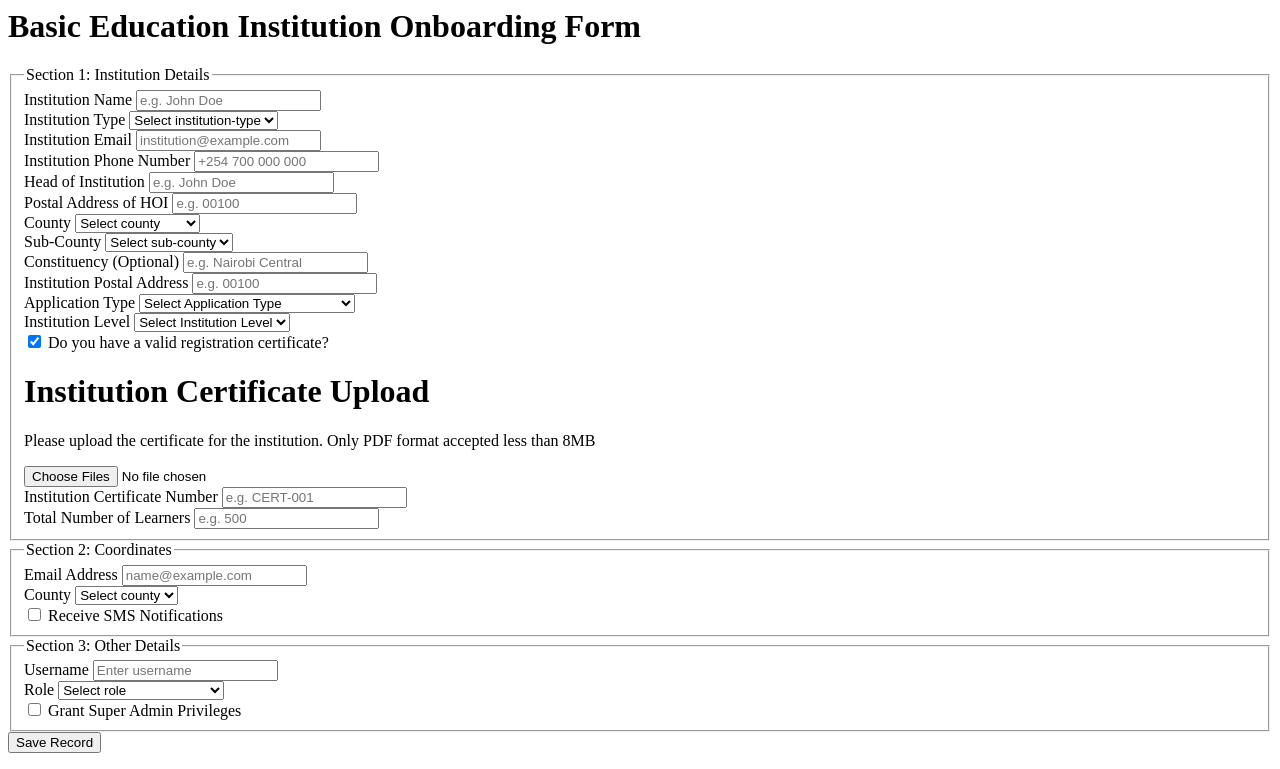
Repository: ndirituart/KEMIS
Page: angular-client/src/app/pages/basic-education/basic-education.html
An editor plug-in stored every save of this project. The page is shown before and after the next save, followed by the edit.
The browser window is 1280 px wide. The pictures show the whole page.

Above is the page before, as saved 2026-10-20 21:41:14.

After the next save:
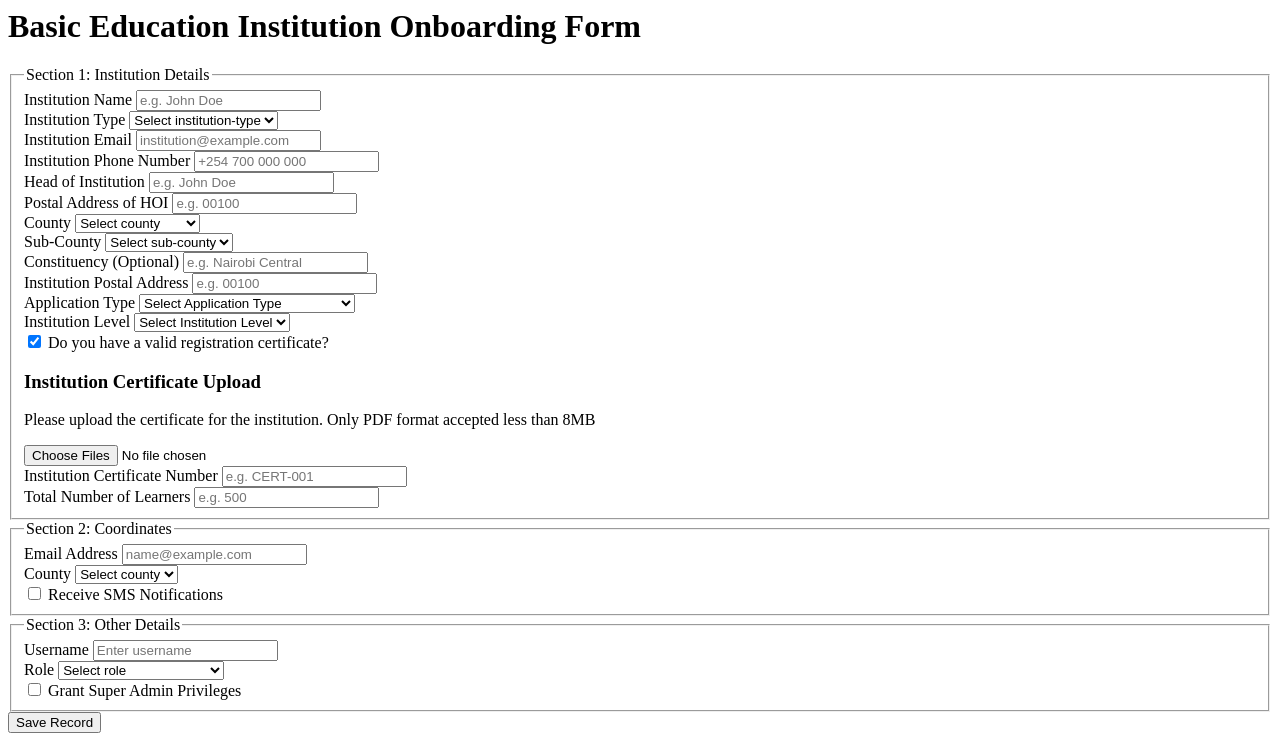
Saved 21 s later.
--- a/angular-client/src/app/pages/basic-education/basic-education.html
+++ b/angular-client/src/app/pages/basic-education/basic-education.html
@@ -157,7 +157,7 @@
 
       <!--Certificate Upload-->
       <div class="upload">
-        <h1>Institution Certificate Upload</h1>
+        <h3>Institution Certificate Upload</h3>
         <p class="upload__description">Please upload the certificate for the institution. Only PDF format accepted less than 8MB </p>
         <input class="upload__input" id="certificate_pdf" type="file" multiple />
         <div class="upload__files">
